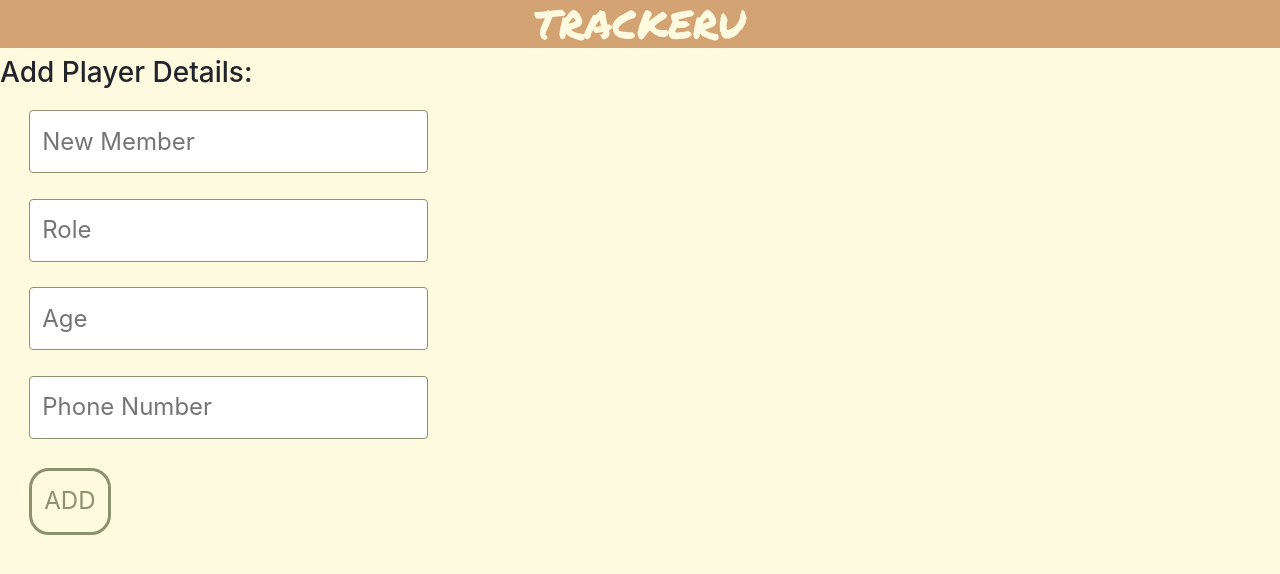
Repository: Aryaholmukhe/treasureHacks
Page: http://localhost/player
These files come from the project's save history. The page is drawn as it stood at one moment and after the next save; the edit follows.
The browser window is 1280 px wide. The pictures show the whole page.
The page is served by the project's Node server (server.js).

Above is the page before, as saved 2022-03-27 00:36:43.

### views/signup/player.ejs
<!DOCTYPE html>
<html lang="en">

<head>
    <meta charset="UTF-8">
    <meta http-equiv="X-UA-Compatible" content="IE=edge">
    <meta name="viewport" content="width=device-width, initial-scale=1.0">
    <link rel="preconnect" href="https://fonts.googleapis.com">
<link rel="preconnect" href="https://fonts.gstatic.com" crossorigin>
<link href="https://fonts.googleapis.com/css2?family=Permanent+Marker&display=swap" rel="stylesheet">
<link rel="stylesheet" href="https://cdn.jsdelivr.net/npm/bootstrap@4.6.1/dist/css/bootstrap.min.css">
<script src="https://cdn.jsdelivr.net/npm/jquery@3.6.0/dist/jquery.slim.min.js"></script>
<script src="https://cdn.jsdelivr.net/npm/popper.js@1.16.1/dist/umd/popper.min.js"></script>
<script src="https://cdn.jsdelivr.net/npm/bootstrap@4.6.1/dist/js/bootstrap.bundle.min.js"></script>
    <title>Player</title>
</head>

<body style="background-color: #FEFAE0">

    <div style="font-family: 'Permanent Marker', cursive; background-color: #D4A373; color: #FEFAE0;">
    <h1 class="text-center">TRACKERU</h1>

  </div>

    <h3 class="pl" style="fonct">Add Player Details:</h3>

    <form class="ml-3" action="/" method="post">
        <input class="rounded" style="border: 1px solid #8A926F; font-size: 24px; margin:1%; padding:1%;" type="text"
            name="newPlayer" placeholder="New Member" autocomplete="off">
        <br>
        <input class="rounded" style="border: 1px solid #8A926F; font-size: 24px; margin:1%; padding:1%;" type="text"
            name="newRole" placeholder="Role" autocomplete="off">
        <br>
        <input class="rounded" style="border: 1px solid #8A926F; font-size: 24px; margin:1%; padding:1%;" type="text"
            name="age" placeholder="Age" autocomplete="off">
        <br>
        <input class="rounded" style="border: 1px solid #8A926F; font-size: 24px; margin:1%; padding:1%;" type="text"
            name="phoneNumber" placeholder="Phone Number" autocomplete="off">
        <br>
        <button class="mt-3"
            style="border: 3px solid #8A926F; border-radius: 20px; font-size: 24px; background-color: transparent; color: #8A926F; margin:1%; padding:1%;; margin:1%; padding:1%;"
            type="submit" name="list">ADD</button>
    </form>
</body>

</html>

### server.js
//jshint esversion:6

const express = require("express");
const bodyParser = require("body-parser");
const mongoose = require("mongoose");
const _ = require("lodash");
const { join } = require("path");
require("dotenv").config();
const app = express();

// TWILIO STUFF

const accountSID = process.env.ACCOUNT_SID;
const authToken = process.env.AUTH_TOKEN;

const client = require('twilio')(accountSID, authToken);


app.set('view engine', 'ejs');

app.use(bodyParser.urlencoded({ extended: true }));
app.use(express.static("public"));

app.get("/auth_config.json", (req, res) => {
    res.sendFile(join(__dirname, "/auth_config.json"));
})

// for each team member
mongoose.connect("mongodb://localhost:27017/teamMembersDB", { useNewUrlParser: true });

const membersSchema = new mongoose.Schema({
    name: String,
    role: String,
    age: Number,
    email: String,
    phone: String,
    progress: []
});

let members = [];
let progressArr = []

const Member = mongoose.model("Member", membersSchema);

// to identify teams
const teamSchema = new mongoose.Schema({
    coachName: String,
    team: [{ name: String }, { sport: String }]
})

const progressSchema = new mongoose.Schema({
    progress: []
})
const Team = mongoose.model("Team", teamSchema);
const Progress = mongoose.model("Progress", progressSchema)
// When no members are present
const noMember = new Member({
    name: "No members yet"
})
const noProgress = new Progress({
    progress: ["No progress yet, add some"]
})


// get requests

app.get("/signup", (req, res) => {
    res.render("signup/signup")
})
let person = "";
app.get("/coach", (req, res) => {
    person = "Coach"
    res.render("signup/coach");
})

app.get("/player", (req, res) => {
    person = "Team Member"
    res.render("signup/player")
})

app.get("/", (req, res) => {
    Member.find({}, function (err, foundMembers) {

        if (foundMembers.length === 0) {
            members.push(noMember)
            Member.insertMany(members, function (err) {
                if (err) {
                    console.log(err);
                } else {
                    console.log("Successfully saved members to DB.");
                }
            });
            // res.redirect("/");
        } else {
            Member.deleteOne({ "name": "No members yet" }, (err, person) => {
                if (err) return handleError(err);
            })
            res.render('index', { allMembers: foundMembers, person: person })
        }
    });
})

app.get("/:personName", function (req, res) {
    const personName = _.capitalize(req.params.personName);

    Member.findById(personName, (err, per) => {
        if (!err) {
              console.log(per)
            res.render('account', { personInfo: per});
        } else {
            console.log(err)
        }
    })
});


// post requests


app.post("/", (req, res) => {

    const playerName = req.body.newPlayer;
    const role = req.body.newRole;
    const age = req.body.age;
    const phoneNumber = req.body.phoneNumber;
    const player = new Member({
        name: playerName,
        role: role,
        age: age,
        phone: phoneNumber
    })
    player.save();
    res.redirect("/")
})

app.post("/delete", function (req, res) {
    const checkedItemId = req.body.checkbox;

    Member.findByIdAndRemove(checkedItemId, function (err) {
        if (!err) {
            console.log("Successfully deleted checked item.");
            res.redirect("/");
        } else {
            console.log(err)
        }
    });


});

app.post("/coach", (req, res) => {
    const coachName = req.body.coachName;
    const teamName = req.body.teamName;
    const sportType = req.body.sportType;
    teams = new Team({
        coachName: coachName,
        team: [{ name: teamName, sport: sportType }]
    })
    res.redirect("/")
})

app.post("/player", (req, res)=>{
    const playerName = req.body.newPlayer;
    const role = req.body.newRole;
    const age = req.body.age;
    const phoneNumber = req.body.phoneNumber;
    const player = new Member({
        name: playerName,
        role: role,
        age: age,
        phone: phoneNumber
    })
    player.save();
    res.redirect("/")
})

app.post("/announcements", (req, res) => {
    const message = req.body.message;
    members.forEach(member => {
        if (member.phone) {
            client.message.create({
                to: member.phone,
                from: process.env.TWILIO_PHONE_NUMBER, //is this going to be dynamic?
                body: message
            }).then((message) => {
                console.log(message.sid)
            });
            res.redirect("/")
        } else {
            res.redirect("/")
        }
    })

})


app.listen(3000, function () {
    console.log("Server started on port 3000");
});

After the next save:
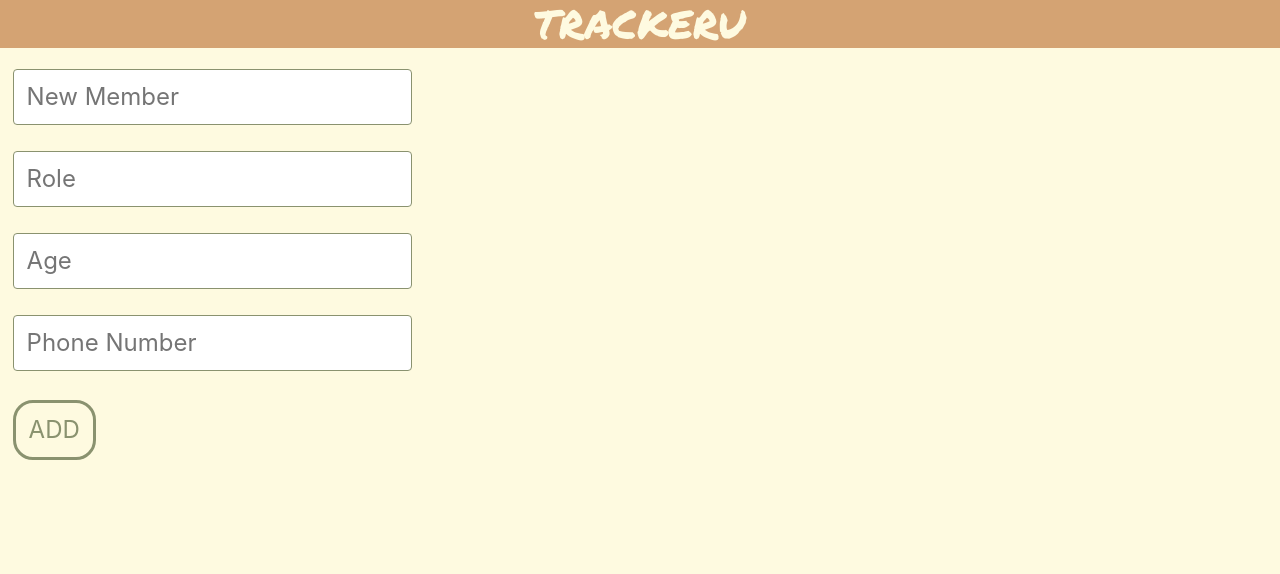
Saved 5 s later.
--- a/views/signup/player.ejs
+++ b/views/signup/player.ejs
@@ -22,7 +22,7 @@
 
   </div>
 
-    <h3 class="pl" style="fonct">Add Player Details:</h3>
+    <h3 class="pl" style="
 
     <form class="ml-3" action="/" method="post">
         <input class="rounded" style="border: 1px solid #8A926F; font-size: 24px; margin:1%; padding:1%;" type="text"

After the save that followed:
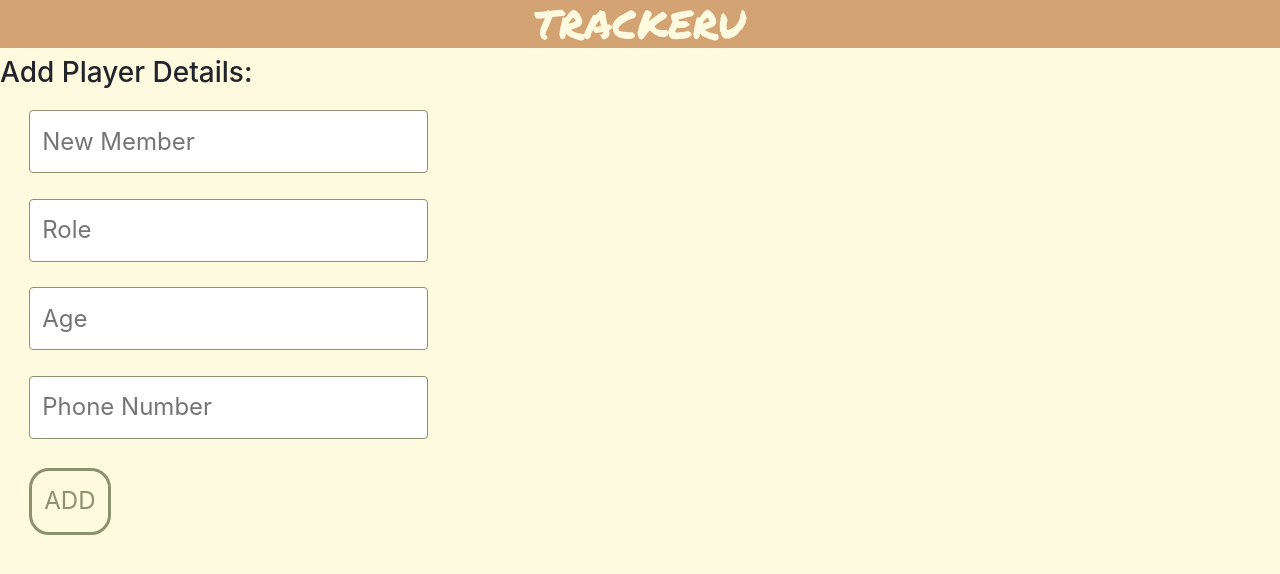
Saved 11 s later.
--- a/views/signup/player.ejs
+++ b/views/signup/player.ejs
@@ -22,7 +22,7 @@
 
   </div>
 
-    <h3 class="pl" style="
+    <h3 class="pl" style="color: ">Add Player Details:</h3>
 
     <form class="ml-3" action="/" method="post">
         <input class="rounded" style="border: 1px solid #8A926F; font-size: 24px; margin:1%; padding:1%;" type="text"
